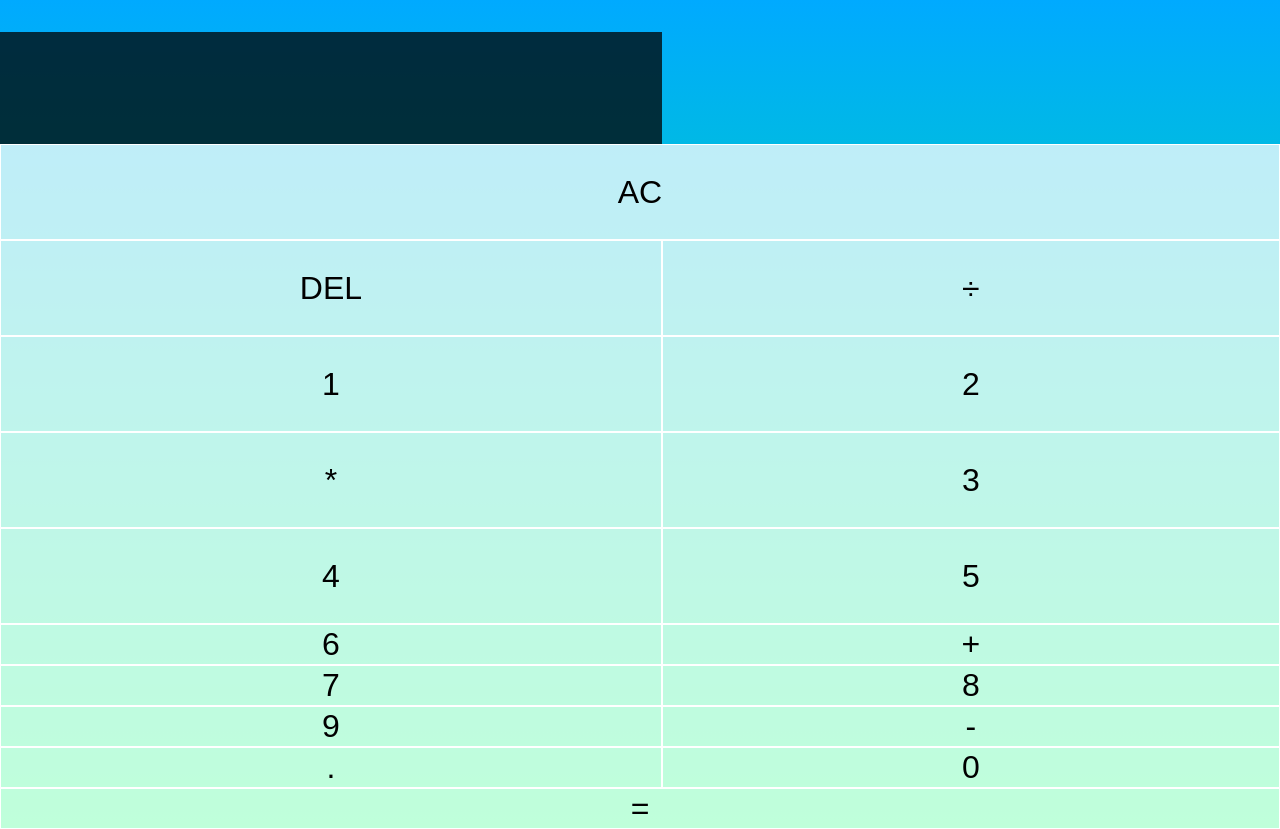
Repository: Ellisvelandia/Calculator
Page: /
These files come from the project's save history. The page is drawn as it stood at one moment and after a run of saves; the edit follows.
The browser window is 1280 px wide. The pictures show the whole page.
The project was rebuilt for these pictures with package versions that can differ from the ones it lists, and the page was loaded fresh each time. Also part of the build but not shown: src/index.css.

Above is the page before, as saved 2022-08-16 10:45:38.

### src/App.js
import "./App.css";

function App() {
  return (
    <div className="calculator-grid">
      <div className="output">
        <div className="previous-operand"></div>
        <div className="current-operand"></div>
      </div>
      <button className="span-two">AC</button>
      <button>DEL</button>
      <button>÷</button>
      <button>1</button>
      <button>2</button>
      <button>*</button>
      <button>3</button>
      <button>4</button>
      <button>5</button>
      <button>6</button>
      <button>+</button>
      <button>7</button>
      <button>8</button>
      <button>9</button>
      <button>-</button>
      <button>.</button>
      <button>0</button>
      <button className="span-two">=</button>
    </div>
  );
}

export default App;

### src/App.css
*,
* ::before,
*::after {
  box-sizing: border-box;
}

body {
  margin: 0;
  background: linear-gradient(#00aaff, #00ff6c);
}

.calculator-grid {
  display: grid;
  margin-top: 2rem;
  J
  grid-template-columns: repeat(4, 6rem);
  grid-template-rows: minmax(7rem, auto) repeat(5, 6rem);
}

.calculator-grid > button {
  cursor: pointer;
  font-size: 2rem;
  border: 1px solid white;
  outline: none;
  background: rgba(255, 255, 255, 0.75);
}

.calculator-grid > button:hover,
.calculator-grid > button:focus {
  background-color: rgba(255, 255, 255, 0.9);
}

.span-two {
  grid-column: span 2;
}

.output {
  grid-column: 1 / -1;
  background-color: rgba(0, 0, 0, 0.75);
  display: flex;
  flex-direction: column;
  align-items: flex-end;
  justify-content: space-around;
  padding: 0.75rem;
  word-break: break-all;
}

.output .previous-operand {
  color: rgba(255, 255, 255, 0.75);
  font-size: 1.5rem;
}

.output .current-operand {
  color: white;
  font-size: 2.5rem;
}

Loaded but not shown: public/index.html (common file); src/index.js (common file); src/reportWebVitals.js (common file)

After the next 3 saves:
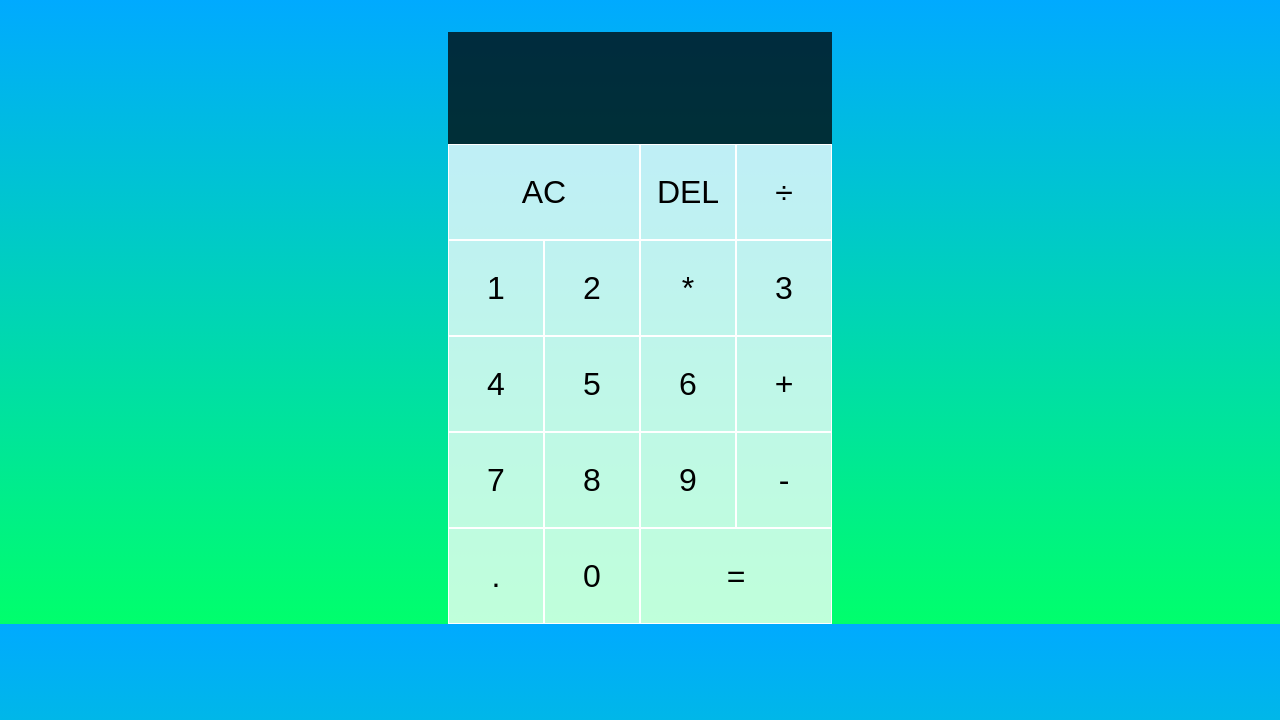
The 3 saves are shown as one change because they came seconds apart.
The last was saved 7 s later.
--- a/src/App.css
+++ b/src/App.css
@@ -12,7 +12,7 @@ body {
 .calculator-grid {
   display: grid;
   margin-top: 2rem;
-  J
+  justify-content: center;
   grid-template-columns: repeat(4, 6rem);
   grid-template-rows: minmax(7rem, auto) repeat(5, 6rem);
 }
